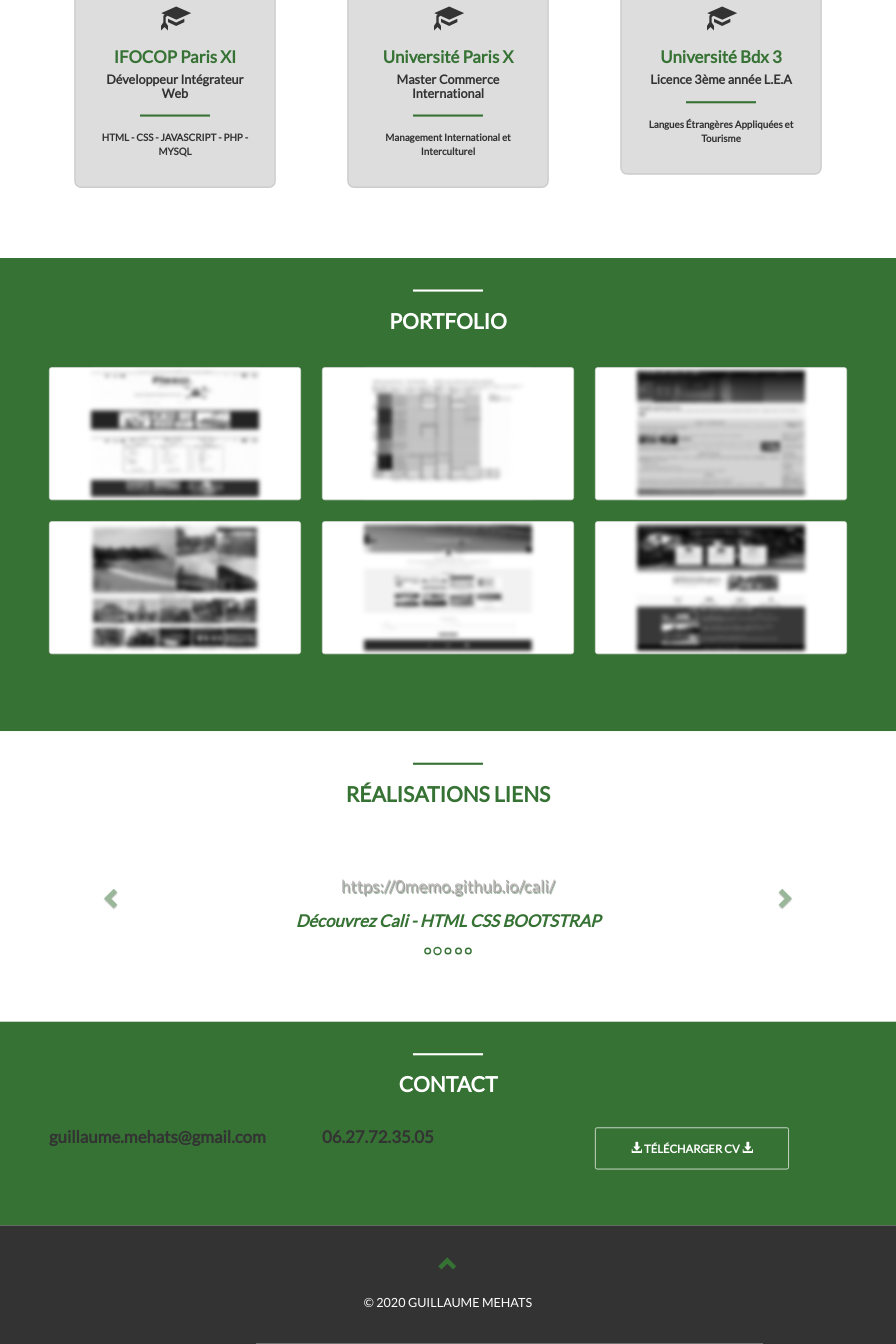
Repository: 0Memo/mon-cv
Page: index.html
The author's editor kept a copy of each file at every save. The page is drawn from the files as they stood at one save, then again after the next save.
The browser window is 1280 px wide. The pictures show the part of the page from y = 4041 to 5961 px (the page is 5961 px tall), at 70% of full size.

Above is the page before, as saved 2020-12-30 08:09:12.

### index.html
<!DOCTYPE html>
<html lang="fr">
    <head>
        <meta charset="UTF-8">
        <meta name="viewport" content="width=device-width, initial-scale=1.0">
        <meta name="description" content="Voici mon cv, vous pourrez découvrir mon parcours de formation, et mes expériences professionnelles">
        <meta name="author" content="Guillaume Mehats">
        <title>Mon CV</title>
        <link rel="preconnect" href="https://fonts.gstatic.com">
        <link href="https://fonts.googleapis.com/css2?family=Caveat&display=swap" rel="stylesheet">
        <link rel="preconnect" href="https://fonts.gstatic.com">
        <link href="https://fonts.googleapis.com/css2?family=Lato&display=swap" rel="stylesheet">
        <link rel="stylesheet" href="css/bootstrap.min.css">
        <link rel="stylesheet" href="css/styles.css">
        <link rel="shortcut icon" href="img/colombia.png">
    </head>

    <body data-spy="scroll" data-target=".navbar" data-offset="60px">
        <nav class="navbar navbar-default navbar-fixed-top">
            <div class="container">
                <div class="navbar-header">
                    <button type="button" class="navbar-toggle" data-toggle="collapse" data-target="#myNavbar">
                        <span class="icon-bar"></span>
                        <span class="icon-bar"></span>
                        <span class="icon-bar"></span>
                    </button>
                </div>
                <div class="collapse navbar-collapse" id="myNavbar">
                    <ul class="nav navbar-nav">
                        <li><a href="#about">Moi</a></li>
                        <li><a href="#skills">Compétences</a></li>
                        <li><a href="#experience">Expériences</a></li>
                        <li><a href="#education">Formation</a></li>
                        <li><a href="#portfolio">Portfolio</a></li>
                        <li><a href="#projects">Réalisations</a></li>
                        <li><a href="#contact">Contact</a></li>
                    </ul>
                </div>
            </div>
        </nav>
        <ul class="list">
            <li><a href="english_version.html"><img src="img/uk.png" alt="english version" title="english version" target="_blank"></a></li>
            <li><a href="version_espanola.html"><img src="img/spain.png" alt="versión española" title="versión española"></a></li>
            <li><a href="versao_portuguesa.html"><img src="img/portugal.png" alt="versão portuguesa" title="versão portuguesa"></a></li>
            <li><a href="versione_italiana.html"><img src="img/italy.png" alt="versione italiana" title="versione italiana"></a></li>
            <li><a href="versiune_limba_romana.html"><img src="img/romania.png" alt="versiune limba română" title="versiune limba română"></a></li>
        </ul>
        <section id="about" class="container-fluid">
            <div class="col-xs-8 col-md-4 profile-picture">
                <img src="img/photo.png" alt="Guillaume" class="rounded-circle">
            </div>
            <div class="heading">
                <h1>Salut, c'est moi Guillaume <img class="colombia" src="img/colombia.png" alt=""> </h1>
                <h3>Développeur Web</h3>
                <a href="docs/CV_Guillaume_Mehats.pdf" class="button1" target="_blank"><span class="glyphicon glyphicon-download-alt"></span>&nbsp;Télécharger CV&nbsp;<span class="glyphicon glyphicon-download-alt"></span></a>
            </div>
        </section>

        <section id="skills">
            <div class="green-divider"></div>
            <div class="heading">
                <h2>Compétences</h2>
            </div>
            <div class="container">
                <div class="row">
                    <div class="col-md-6">
                        <div class="progress">
                            <div class="progress-bar" role="progressbar" aria-valuenow="85" aria-valuemin="0" aria-valuemax="100" style="width:85%">
                                <h5>HTML 85%</h5>
                            </div>
                        </div>
                        <div class="progress">
                            <div class="progress-bar" role="progressbar" aria-valuenow="85" aria-valuemin="0" aria-valuemax="100" style="width:85%">
                                <h5>CSS 85%</h5>
                            </div>
                        </div>
                        <div class="progress">
                            <div class="progress-bar" role="progressbar" aria-valuenow="90" aria-valuemin="0" aria-valuemax="100" style="width:90%">
                                <h5>JAVASCRIPT 90%</h5>
                            </div>
                        </div>
                    </div>
                    <div class="col-md-6">
                        <div class="progress">
                            <div class="progress-bar" role="progressbar" aria-valuenow="85" aria-valuemin="0" aria-valuemax="100" style="width:85%">
                                <h5>JQUERY 85%</h5>
                            </div>
                        </div>
                        <div class="progress">
                            <div class="progress-bar" role="progressbar" aria-valuenow="80" aria-valuemin="0" aria-valuemax="100" style="width:80%">
                                <h5>BOOTSTRAP 80%</h5>
                            </div>
                        </div>
                        <div class="progress">
                            <div class="progress-bar" role="progressbar" aria-valuenow="75" aria-valuemin="0" aria-valuemax="100" style="width:75%">
                                <h5>SASS 75%</h5>
                            </div>
                        </div>
                    </div>
                </div>
            </div>
            <div class="text">
                <h5><span id="typed"></span></h5>
            </div>
        </section>

        <section id="experience">
            <div class="container">
                <div class="white-divider"></div>
                <div class="heading">
                    <h2>Expérience professionnelle</h2>
                </div>
                <ul class="timeline">
                    <li>
                        <div class="timeline-badge"><span class="glyphicon glyphicon-briefcase"></span></div>
                        <div class="timeline-panel-container">
                            <div class="timeline-panel">
                                <div class="timeline-heading">
                                    <h3>Lycée<span class="experience-place"> Amboise</span></h3>
                                    <h4>Professeur d'espagnol</h4>
                                    <p class="text-muted"><small class="glyphicon glyphicon-time"> déc.2019-août 2020</small></p>
                                </div>
                                <div class="timeline-body">
                                    <p>Préparation de cours d'espagnol: Création de séquences de cours et ajouts culturels</p>
                                    <p>Animation de cours collectifs et de groupes: Cours de 2nde, 1ère et Terminale</p>
                                    <p>gestion des classes (7 classes de 26 à 30 élèves chacune)</p>
                                    <p>Surveillance et correction d'examens: Examens nationaux (E3C) et examens en classe</p>
                                </div>
                                <div class="timeline-footer"></div>
                            </div>
                        </div>
                    </li>
                    <li>
                        <div class="timeline-badge"><span class="glyphicon glyphicon-briefcase"></span></div>
                        <div class="timeline-panel-container-inverted">
                            <div class="timeline-panel">
                                <div class="timeline-heading">
                                    <h3>Langaj<span class="experience-place"> Paris</span></h3>
                                    <h4>Coordinateur de formation</h4>
                                    <p class="text-muted"><small class="glyphicon glyphicon-time"> jan.2016-nov.2018</small></p>
                                </div>
                                <div class="timeline-body">
                                    <p>Planification des formations : Programmation, reprogrammation et optimisation des sessions de formation</p>
                                    <p>Validations, annulations, reports de session. Surveillance d'examens : TOEIC, Bulats. Contact professeurs-stagiaires</p>
                                    <p>Suivi d'activité : Création d'indicateurs de suivi (ex: taux d'avancement formation, utilisation ressources, ...)</p>
                                    <p>rapport anomalies et propositions de plans d'action au comité de direction. Gestion de l'équipe (2 personnes sur 2 ans)</p>
                                    <p>Développement d'outils de suivi et de production automatisés Utilisation de Scribble Maps, Google Apps Script</p>
                                    <p>Macros, Google Sheet, Excel, Word. Langues de travail: français, anglais, espagnol, italien, allemand, suédois, portugais</p>
                                </div>
                                <div class="timeline-footer"></div>
                            </div>
                        </div>
                    </li>
                    <li>
                        <div class="timeline-badge"><span class="glyphicon glyphicon-briefcase"></span></div>
                        <div class="timeline-panel-container">
                            <div class="timeline-panel">
                                <div class="timeline-heading">
                                    <h3>Regus<span class="experience-place"> Paris </span><img class="regus" src="img/regus.png" alt="Regus"></h3>
                                    <h4>Chargé relations clients</h4>
                                    <p class="text-muted"><small class="glyphicon glyphicon-time"> avr.2010-déc.2015</small></p>
                                </div>
                                <div class="timeline-body">
                                    <p>Suivi d'activités : Reporting d'activité, suivi et mise à jour des procédures du siège, gestion conflits et satisfaction</p>
                                    <p>clients, suivi des impayés clients-fournisseurs, gestion de la balance âgée. Promotion interne: Gestion et formation</p>
                                    <p>de l'équipe d'accueil (5 personnes sur 3 ans). Langues de travail: français, anglais, rousection, hébreu, italien</p>
                                    <p>Logistique : Gestion des stocks, commandes et salles, archivage</p>
                                </div>
                                <div class="timeline-footer"></div>
                            </div>
                        </div>
                    </li>
                    <li>
                        <div class="timeline-badge"><span class="glyphicon glyphicon-briefcase"></span></div>
                        <div class="timeline-panel-container-inverted">
                            <div class="timeline-panel">
                                <div class="timeline-heading">
                                    <h3>Disneyland Paris <img class="mickey" src="img/mickey-mouse.png" alt="Mickey Mouse"></h3>

                                    <h4>Conseiller clientèle multilingue</h4>
                                    <p class="text-muted"><small class="glyphicon glyphicon-time"> avr.2007-avr.2010</small></p>
                                </div>
                                <div class="timeline-body">
                                    <p>Gestion des demandes internationales : Langues de travail: français, anglais, espagnol, roumain, hébreu</p>
                                    <p>italien, portugais (traduction simultanées pour les urgences médicales, réservations restaurants</p>
                                    <p>et taxis, conseils sur les activités). Gestion de l'équipe (3 personnes sur 3 ans)</p>
                                </div>
                                <div class="timeline-footer"></div>
                            </div>
                        </div>
                    </li>
                    <li>
                        <div class="timeline-badge"><span class="glyphicon glyphicon-briefcase"></span></div>
                        <div class="timeline-panel-container">
                            <div class="timeline-panel">
                                <div class="timeline-heading">
                                    <h3>Hôtel de Tourny<span class="experience-place"> Bordeaux</span></h3>
                                    <h4>Chef d'équipe conciergerie</h4>
                                    <p class="text-muted"><small class="glyphicon glyphicon-time"> fév.2006-mars 2007</small></p>
                                </div>
                                <div class="timeline-body">
                                    <p>Gestion clients et équipe : Réservations restaurants, taxis, activités, préparation salle de</p>
                                    <p>réunion archivage de documents, gestion de l'équipe (2 personnes sur 1 an)</p>
                                </div>
                                <div class="timeline-footer"></div>
                            </div>
                        </div>
                    </li>
                </ul>
            </div>
        </section>

        <section id="education">
            <div class="green-divider"></div>
            <div class="heading">
                <h2>Formation</h2>
            </div>
            <div class="container">
                <div class="row">
                    <div class="col-sm-4">
                        <div class="education-block">
                            <h5>juin 2020 - fév.2021</h5>
                            <span class="glyphicon glyphicon-education"></span>
                            <h3>IFOCOP Paris XI</h3>
                            <h4>Développeur Intégrateur Web</h4>
                            <div class="green-divider"></div>
                            <p>HTML - CSS - JAVASCRIPT - PHP - MYSQL</p>
                        </div>
                    </div>
                    <div class="col-sm-4">
                        <div class="education-block">
                            <h5>oct.2015 - juin 2016</h5>
                            <span class="glyphicon glyphicon-education"></span>
                            <h3>Université Paris X</h3>
                            <h4>Master Commerce International</h4>
                            <div class="green-divider"></div>
                            <p>Management International et Interculturel</p>
                        </div>
                    </div>
                    <div class="col-sm-4">
                        <div class="education-block">
                            <h5>oct.2003 - juin 2006</h5>
                            <span class="glyphicon glyphicon-education"></span>
                            <h3>Université Bdx 3</h3>
                            <h4>Licence 3ème année L.E.A</h4>
                            <div class="green-divider"></div>
                            <p>Langues Étrangères Appliquées et Tourisme</p>
                        </div>
                    </div>
                </div>
            </div>
        </section>

        <section id="portfolio">
            <div class="container">
                <div class="white-divider">
                </div>
                <div class="heading">
                    <h2>Portfolio</h2>
                </div>
                <div class="row">
                    <div class="col-sm-4">
                        <a class="thumbnail" href="img/pleezz.jpg" target="_blank" alt="projet">
                            <img src="img/pleezz.jpg">
                        </a>
                    </div>
                    <div class="col-sm-4">
                        <a class="thumbnail" href="img/formules.jpg" target="_blank" alt="projet">
                            <img src="img/formules.jpg">
                        </a>
                    </div>
                    <div class="col-sm-4">
                        <a class="thumbnail" href="img/restaurante.jpg" target="_blank" alt="projet">
                            <img src="img/restaurante.jpg">
                        </a>
                    </div>
                </div>
                <div class="row">
                    <div class="col-sm-4">
                        <a class="thumbnail" href="img/gallerie.jpg" target="_blank" alt="projet">
                            <img src="img/gallerie.jpg">
                        </a>
                    </div>
                    <div class="col-sm-4">
                        <a class="thumbnail" href="img/proyecto.jpg" target="_blank" alt="projet">
                            <img src="img/proyecto.jpg">
                        </a>
                    </div>
                    <div class="col-sm-4">
                        <a class="thumbnail" href="img/cali_page.jpg" target="_blank" alt="projet">
                        <img src="img/cali_page.jpg">
                        </a>
                    </div>
                </div>
            </div>
        </section>

        <section id="projects">
            <div class="container">
                <div class="green-divider"></div>
                <div class="heading">
                    <h2>Réalisations liens</h2>
                </div>
                <div id="myCarousel" class="carousel slide text-center" data-ride="carousel">
                    <ol class="carousel-indicators">
                        <li data-target="#myCarousel" data-slide-to="0" class="active"></li>
                        <li data-target="#myCarousel" data-slide-to="1"></li>
                        <li data-target="#myCarousel" data-slide-to="2"></li>
                        <li data-target="#myCarousel" data-slide-to="3"></li>
                        <li data-target="#myCarousel" data-slide-to="4"></li>
                    </ol>
                    <div class="carousel-inner" role="listbox">
                        <div class="item active">
                            <a href="https://0memo.github.io/portfolio/" title="mon portfolio" class="portfolio_page" target="_blank">https://0memo.github.io/portfolio/</a>
                            <h3>Mon portfolio - HTML CSS</h3>
                        </div>
                        <div class="item">
                            <a href="https://0memo.github.io/cali/" title="Cali" class="cali" target="_blank">https://0memo.github.io/cali/</a>
                            <h3>Découvrez Cali - HTML CSS BOOTSTRAP</h3>
                        </div>
                        <div class="item">
                            <a href="https://0memo.github.io/application-mobile/" title="application mobile" class="application-mobile" target="_blank">https://0memo.github.io/application-mobile/</a>
                            <h3>Application sur Cali - HTML CSS</h3>
                        </div>
                        <div class="item">
                            <a href="https://0memo.github.io/cafe-del-valle/" title="cafe del valle" class="cafe_del_valle" target="_blank">https://0memo.github.io/cafe-del-valle/</a>
                            <h3>Restaurant Café del Valle - HTML CSS JAVASCRIPT</h3>
                        </div>
                        <div class="item">
                            <a href="https://0memo.github.io/serpent/" title="jeu du serpent" class="serpent" target="_blank">https://0memo.github.io/serpent/</a>
                            <h3>Jeu du serpent - HTML JAVASCRIPT</h3>
                        </div>
                        <div class="item">
                            <a href="https://www.jessica-viel.ovh/hotelcop/" title="projet HôtelCop" class="hotelCop" target="_blank">http://www.jessica-viel.ovh/hotelcop/</a>
                            <h3>Projet en binôme - HTML CSS JAVASCRIPT</h3>
                        </div>
                    </div>
                    <a class="left carousel-control" href="#myCarousel" data-slide="prev" role="button">
                        <span class="glyphicon glyphicon-chevron-left"></span>
                    </a>
                    <a class="right carousel-control" href="#myCarousel" data-slide="next" role="button">
                        <span class="glyphicon glyphicon-chevron-right"></span>
                    </a>
                </div>
            </div>
        </section>

        <section id="contact">
            <div class="container">
                <div class="white-divider"></div>
                <div class="heading">
                    <h2>Contact</h2>
                </div>
                <div class="row">
                    <div class="col-12 col-md-4">
                        <div class="mail">
                            <h3>guillaume.mehats@gmail.com</h3>
                        </div>
                    </div>
                    <div class="col-12 col-md-4">
                        <div class="number">
                            <h3>06.27.72.35.05</h3>
                        </div>
                    </div>
                    <div class="col-12 col-md-4">
                        <div class="number">
                            <a href="docs/CV_Guillaume_Mehats.pdf" class="button1" target="_blank"><span class="glyphicon glyphicon-download-alt"></span>&nbsp;Télécharger CV&nbsp;<span class="glyphicon glyphicon-download-alt"></span></a>
                        </div>
                    </div>
                </div>
            </div>
        </section>

        <footer class="text-center">
            <a href="#about">
                <span class="glyphicon glyphicon-chevron-up"></span>
            </a>
            <h5>&copy; 2020 Guillaume Mehats</h5>
        </footer>

        <script src="js/jquery-3.5.1.min.js"></script>
        <script src="https://cdn.jsdelivr.net/npm/typed.js@2.0.11"></script>
        <script src="https://cdn.jsdelivr.net/npm/popper.js@1.16.0/dist/umd/popper.min.js" integrity="sha384-Q6E9RHvbIyZFJoft+2mJbHaEWldlvI9IOYy5n3zV9zzTtmI3UksdQRVvoxMfooAo" crossorigin="anonymous"></script>
        <script src="js/bootstrap.min.js"></script>
        <script src="js/script.js"></script>
    </body>
</html>

Loaded but not shown: css/bootstrap.min.css (library); js/jquery-3.5.1.min.js (library); js/bootstrap.min.js (library); js/script.js (19 lines, source omitted); css/styles.css (490 lines, source omitted)

After the next save:
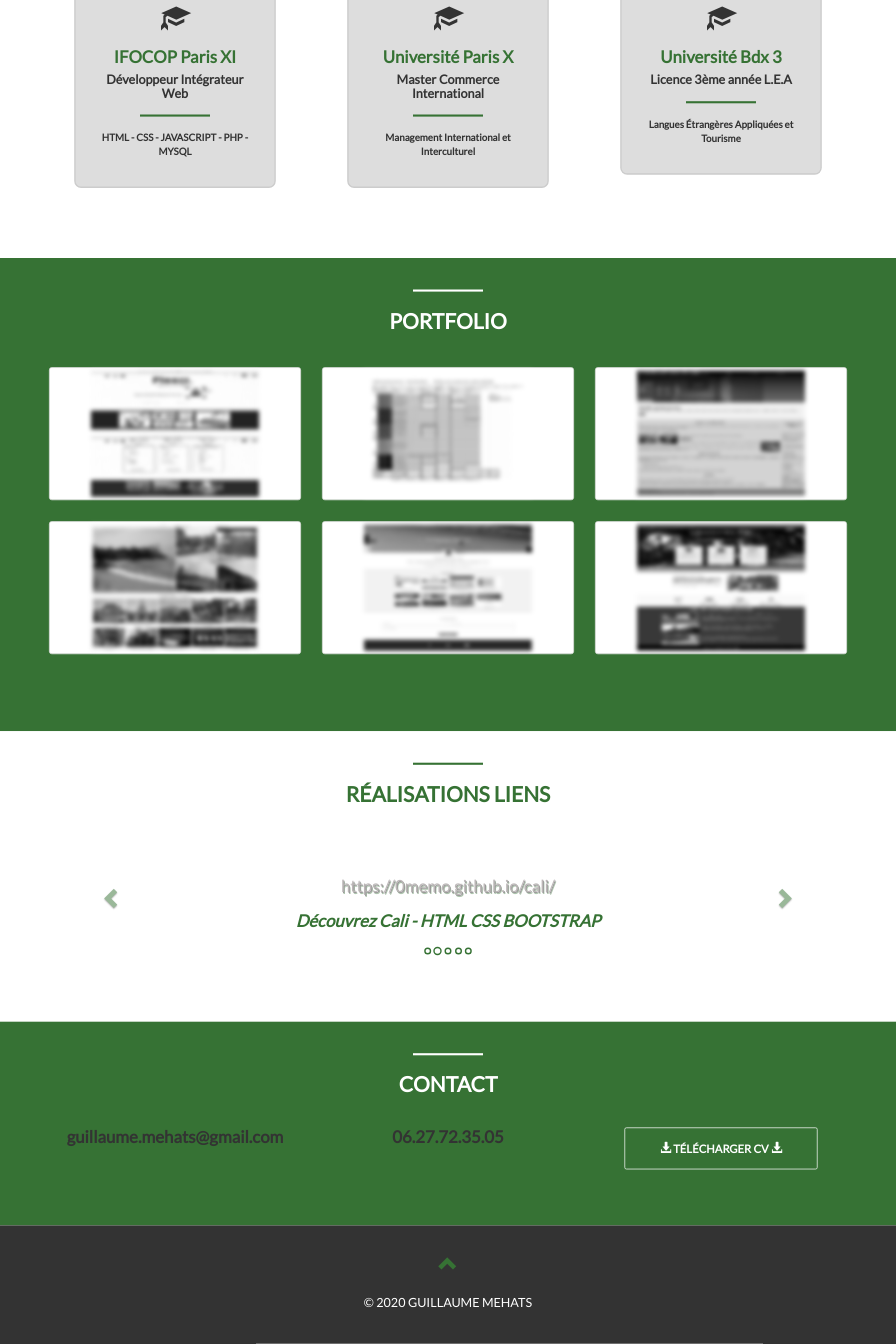
Saved 55 s later.
--- a/index.html
+++ b/index.html
@@ -351,7 +351,7 @@
                 <div class="heading">
                     <h2>Contact</h2>
                 </div>
-                <div class="row">
+                <div class="row text-center">
                     <div class="col-12 col-md-4">
                         <div class="mail">
                             <h3>guillaume.mehats@gmail.com</h3>
